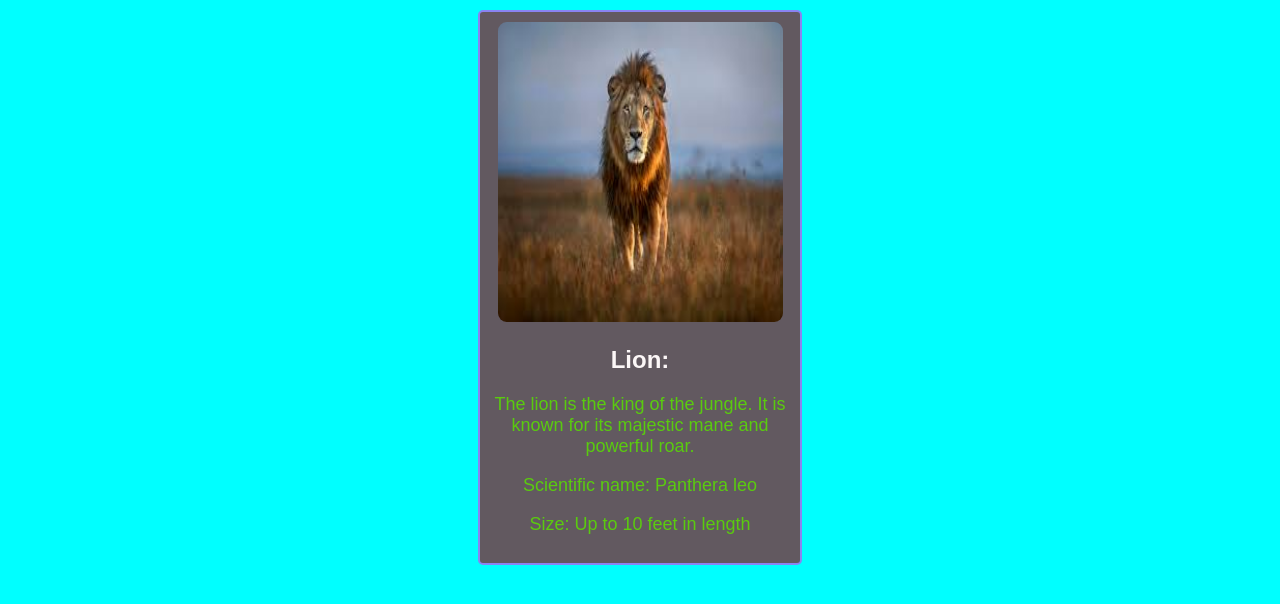
Repository: KingBoyMaylow/Animal-trading-card
Page: index.html
The author's editor kept a copy of each file at every save. The page is drawn from the files as they stood at one save, then again after a run of saves.
The browser window is 1280 px wide. The pictures show the whole page.

Above is the page before, as saved 2024-05-13 22:21:37.

### index.html
<!DOCTYPE html>
<html lang="en">
<head>
    <meta charset="UTF-8">
    <meta name="viewport" content="width=device-width, initial-scale=1.0">
    <title>Document</title>
</head>
<body>
    <style>
    body {
        font-family: Arial, sans-serif;
        text-align: center;
        background-color: aqua;
    }
    .card {
        width: 300px;
        border: 2px solid #8a83f1;
        border-radius: 5px;
        margin: 10px auto;
        padding: 10px;
        background-color: #625960;
    }
    .card img {
        width: 95%;
        border-radius: 3%;
        height: 300px;
    }
    .card h2 {
        color: #fcf7f7;
    }
    .card p {
        color: #5acb0f;
        font-size: large;
    }
</style>
</head>
<body>
    <div class="card">
        <img src="lion.jpeg" alt="Lion">
        <h2>Lion:</h2>
        <p>The lion is the king of the jungle. It is known for its majestic mane and powerful roar.</p>
        <p>Scientific name: Panthera leo</p>
        <p>Size: Up to 10 feet in length</p>

    </div>
</body>
</html>

After the next 2 saves:
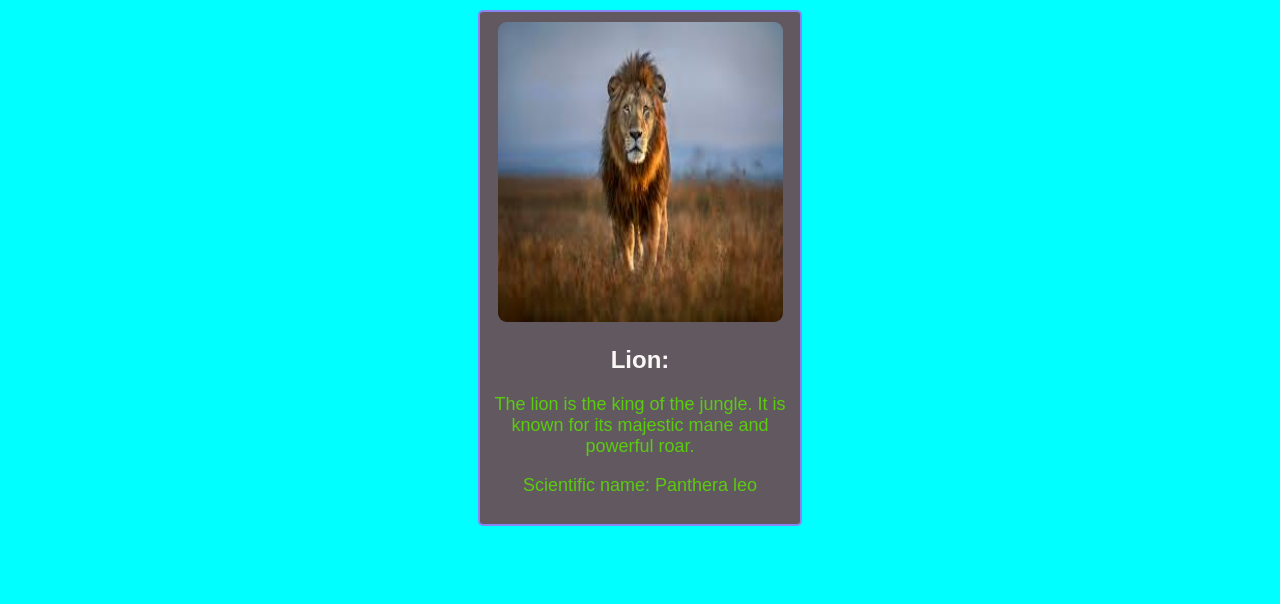
The 2 saves are shown as one change because they came seconds apart.
The last was saved 29 s later.
--- a/index.html
+++ b/index.html
@@ -40,8 +40,6 @@
         <h2>Lion:</h2>
         <p>The lion is the king of the jungle. It is known for its majestic mane and powerful roar.</p>
         <p>Scientific name: Panthera leo</p>
-        <p>Size: Up to 10 feet in length</p>
-
     </div>
 </body>
 </html>
